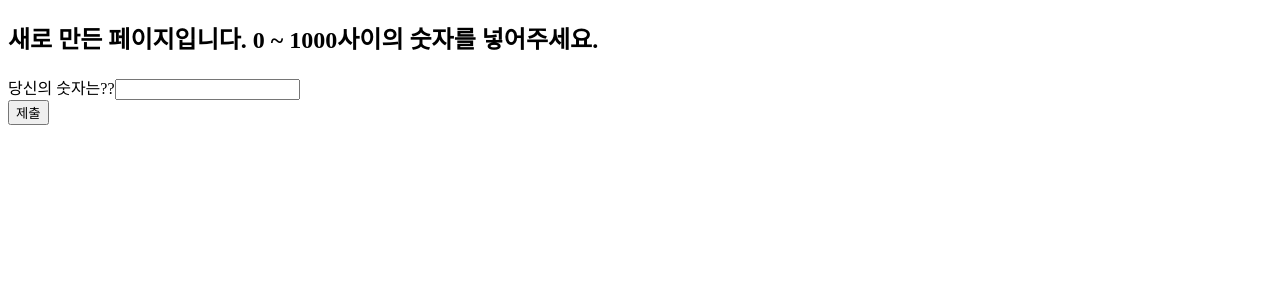
Repository: pearlgate/homework
Page: http://localhost/randomNum/getJspRandom.jsp
An editor plug-in stored every save of this project. The page is shown before and after the next save, followed by the edit.
The browser window is 1280 px wide. The pictures show the whole page.
The page is served by Tomcat 9.

Above is the page before, as saved 2021-02-25 06:53:45.

After the next save:
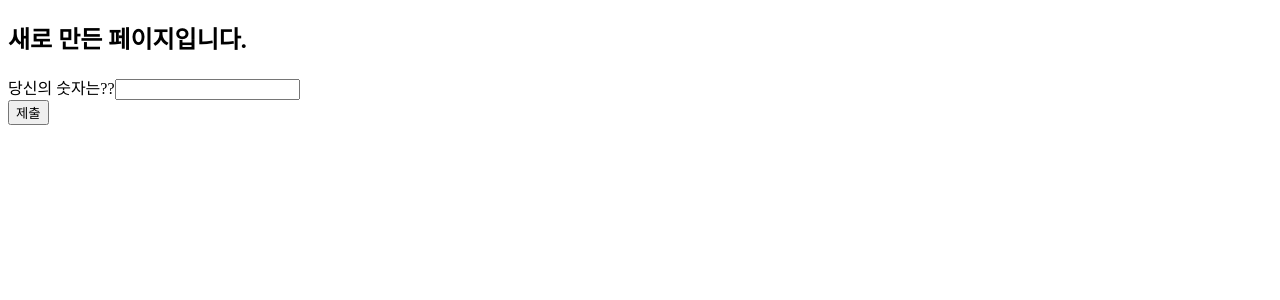
Saved 44 s later.
--- a/Noh/JAVA/Servlet jsp/servlet_workspace/randomNum/WebContent/getJspRandom.jsp
+++ b/Noh/JAVA/Servlet jsp/servlet_workspace/randomNum/WebContent/getJspRandom.jsp
@@ -3,10 +3,7 @@
 <%@page import="com.g.entity.GameValue"%>
 
 <%
-	GameValue min = new GameValue(0);
-	int minNum = min.getValue();
-	GameValue max = new GameValue(1000);
-	int maxNum = max.getValue();
+
 %>
 <!DOCTYPE html>
 <html>
@@ -17,7 +14,7 @@
 <body>
 <div>
 
-	  <h2>새로 만든 페이지입니다. <%=minNum %> ~ <%=maxNum %>사이의 숫자를 넣어주세요.</h2>
+	  <h2>새로 만든 페이지입니다.</h2>
 		<form action="">
 			<label>당신의 숫자는??</label><input type="text" name="guessNum"><br>
 			<input type="submit" value="제출">
